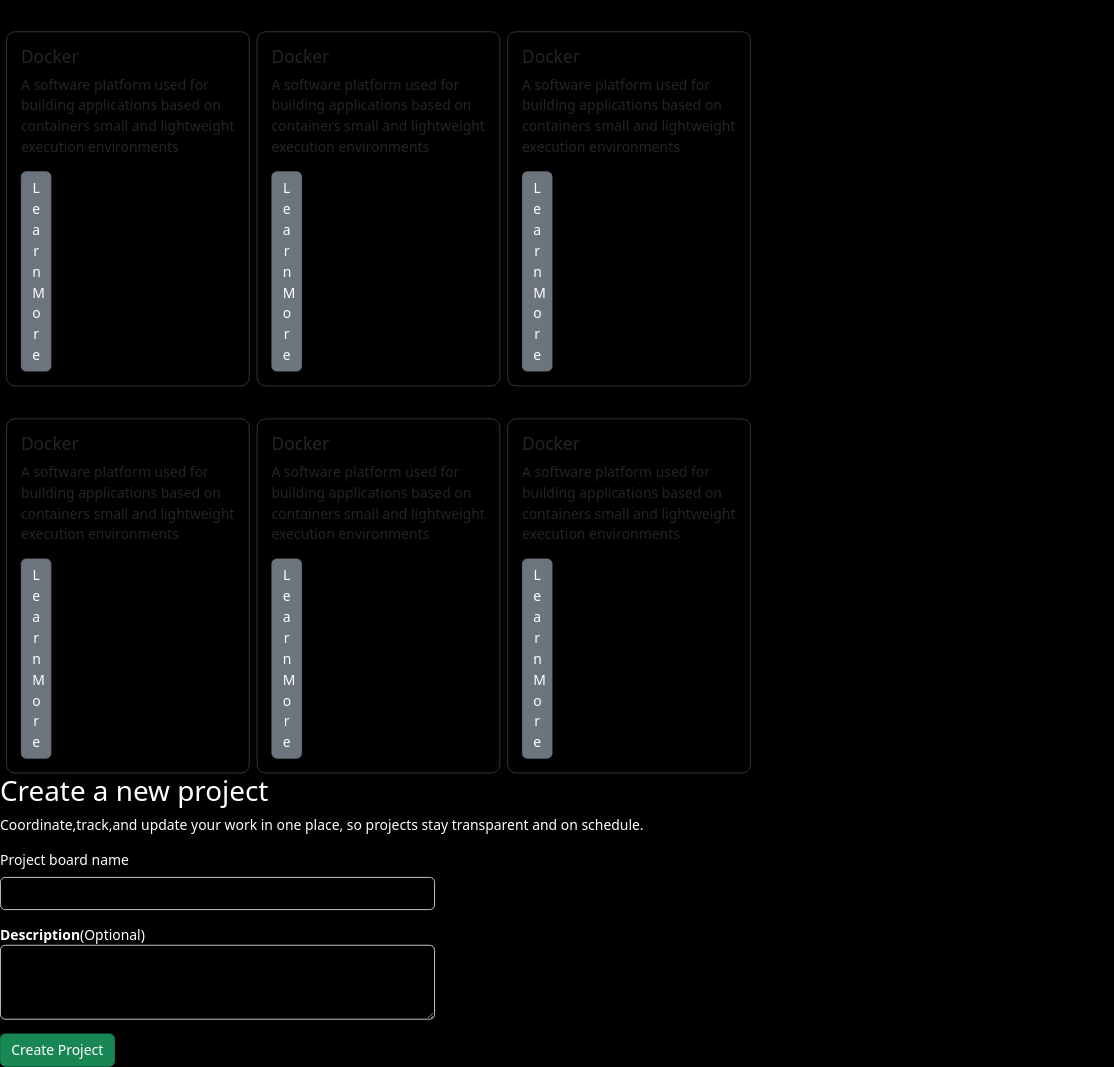
Repository: NSS-Evening-25-Cohort/e25-gitsub-control-alt-defeat
Page: index.html
The author's editor kept a copy of each file at every save. The page is drawn from the files as they stood at one save, then again after the next save.
The browser window is 1280 px wide. The pictures show the whole page, at 87% of full size.

Above is the page before, as saved 2023-11-07 19:27:49.

### index.html
<!DOCTYPE html>
<html lang="en">
  <head>
    <meta charset="UTF-8" />
    <meta name="viewport" content="width=device-width, initial-scale=1.0" />
    <link
      rel="stylesheet"
      href="https://cdn.jsdelivr.net/npm/bootstrap@5.3.2/dist/css/bootstrap.min.css"
    />
    <link rel="stylesheet" href="main.css" />
    <title>Document</title>
  </head>
  <body>
    <div id="app2"></div>
    <div id="app1"></div>
    <script src="	https://cdn.jsdelivr.net/npm/bootstrap@5.3.2/dist/js/bootstrap.bundle.min.js"></script>
    <div class="packageHeader"><h2>Create a new project</h2>
      <p>Coordinate,track,and update your work in one place, so projects stay transparent and on schedule.</p>
    </div>

    <form>
        <div class="mb-3">
        <label for="exampleInputEmail1" class="form-label" id="boardName">Project board name</label>
        <input type="text" class="form-control" class="packageForm" id="projectBoardName" aria-describedby="emailHelp">
      </div>
      <div class="form-group mb-3">
        <label for="exampleFormControlTextarea1" id="descriptionName" class="packageForm"><B>Description</B>(Optional)</label>
        <textarea class="form-control" id="projectDescription" rows="3"></textarea>
      </div>
      </div>
      <button type="submit" class="btn btn-success">Create Project</button>
    </form>

    <script src="main.js"></script>

  </body>
</html>

### main.css
body {
  background-color: black;
}

#app1{
  flex-wrap: wrap;
  display: flex;
  width: 900px;
}

.mb-3{
  width:500px;
  color: white;
}

.packageHeader{
  color:white;
}

.card-body{
  border: solid rgb(58, 58, 65) 1px;
  border-radius: 10px;
  background-color:black;
}

.card{
  background-color:transparent;
  padding-left: 6px;
  padding-top: 35px;
}

.form-control{
  background-color:transparent;
}

.btn-secondary{
  width: 35px;
}

### main.js
const packageCards =[
  {
    id: 1,
    name: "Docker",
    info: "A software platform used for building applications based on containers small and lightweight execution environments",
  },
  {
    id: 2,
    name: "Docker",
    info: "A software platform used for building applications based on containers small and lightweight execution environments"
  },
  {
    id: 3,
    name: "Docker",
    info: "A software platform used for building applications based on containers small and lightweight execution environments"
  },
  {
    id: 4,
    img: "image",
    name: "Docker",
    info: "A software platform used for building applications based on containers small and lightweight execution environments"
  },
  {
    id: 5,
    imageURL: "https://www.google.com/url?sa=i&url=https%3A%2F%2Fwww.creativebloq.com%2Fnews%2Ftwitter-logo-history&psig=AOvVaw3y8LYKl_CxiwL2W_oTsGUa&ust=1699413723681000&source=images&cd=vfe&ved=0CBEQjRxqFwoTCKD7mcz3sIIDFQAAAAAdAAAAABAE",
    name: "Docker",
    info: "A software platform used for building applications based on containers small and lightweight execution environments"
  },
  {
    id: 6,
    name: "Docker",
    info: "A software platform used for building applications based on containers small and lightweight execution environments"
  },
];

const app1 = document.querySelector("#app1");
const app2 = document.querySelector("#app2");

const renderToDom = (packageCards) =>{

  let domString = "";

  for(let card of packageCards){
    domString += `<div class="card" style="width: 18rem;">
    <div class="card-body">
      <h5>${card.name}</h5>
      <p class="card-text">${card.info}</p>
      <button type="button" class="btn btn-secondary">Learn More</button>
    </div>
  </div>`
  }
  const app1 = document.querySelector("#app1")
  app1.innerHTML = domString
}
renderToDom(packageCards)


const form = document.querySelector("form");

const createPackage = (event) =>{
  event.preventDefault();

  const newPackage = {
    id: packageCards.length +1,
    name: document.querySelector("#projectBoardName").value,
    info: document.querySelector("#projectDescription").value,
  }
  packageCards.push(newPackage);
  renderToDom(packageCards);
  form.reset();
}
form.addEventListener("submit", createPackage)

After the next save:
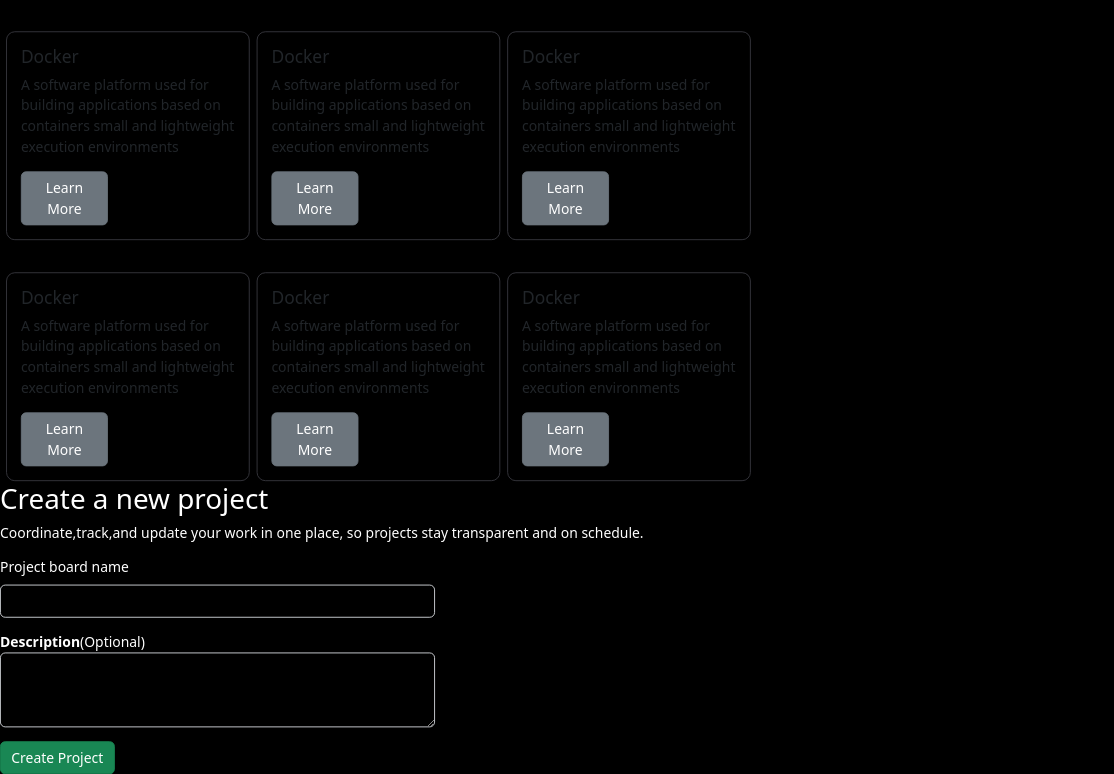
Saved 10 s later.
--- a/main.css
+++ b/main.css
@@ -34,5 +34,5 @@
 }
 
 .btn-secondary{
-  width: 35px;
+  width: 100px;
 }
